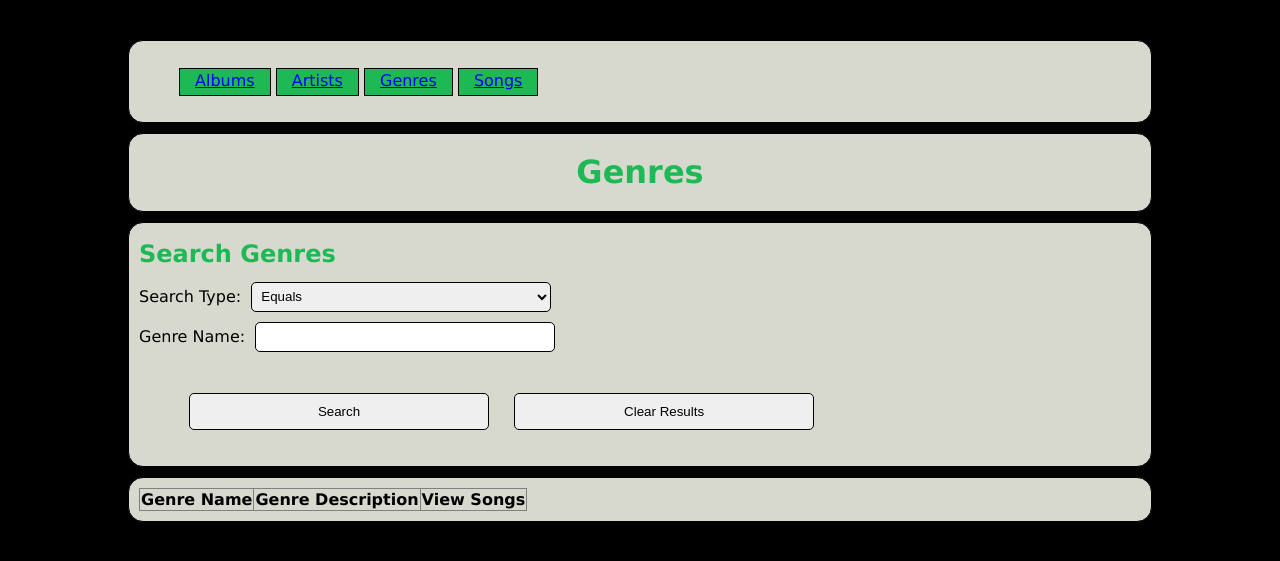
Repository: RRGTHWAR/bkg16_INFSCI1017
Page: bkg16_Music_FinalProject/WebContent/genre.html
An editor plug-in stored every save of this project. The page is shown before and after the next save, followed by the edit.
The browser window is 1280 px wide. The pictures show the whole page.

Above is the page before, as saved 2019-04-14 13:45:24.

### bkg16_Music_FinalProject/WebContent/genre.html
<html>
<head>
<meta charset="UTF-8">
<title>Music Genres</title>
<script src="js/jquery-3.3.1.min.js"></script>
<link href="css/style.css" rel="stylesheet" type="text/css" />

</head>
<body>
	<div id="navBar">
		<ul>
			<li><a href="album.html" title="Albums">Albums</a></li>
			<li><a href="artist.html" title="Artists">Artists</a></li>
			<li><a href="genre.html" title="Genres">Genres</a></li>
			<li><a href="song.html" title="Songs">Songs</a></li>
		</ul>
	</div>
	<h1 id="mainHeader" >Genres</h1>

	<div id="genreSearch" class="searchBox" >
		<h2>Search Genres</h2>
		<div>
			Search Type:
			<select name="searchType" id="searchType" class="textField">
				<option value="equals">Equals</option>
				<option value="begins">Begins</option>
				<option value="ends">Ends</option>
				<option value="contains">Contains</option>
				<option value="">All</option>
			</select>
		</div>
		<div>
			Genre Name: <input type="text" id="genreName" name="genreName" value="" class="textField" />
		</div>
		<div id="btns" >
			<ul>
				<li><input type="button" id="btnSearch" name="btnSubmit" class="actButton" value="Search" /></li>
				<li><input type="button" id="btnClear" name ="btnClear" class="actButton" value="Clear Results" /></li>
			</ul>
		</div>
	</div>


	<div id="searchResults">
		<table border="1" id="tblSearchResults">
			<tr>
			<th>Genre Name</th>
			<th>Genre Description</th>
			<th>View Songs</th>
			</tr>
		</table>
	</div>

</body>

<script>
	$(document).ready(function (){
		$("#btnClear").click(function (){
			clearResultsTable();
		});
		$("#btnSearch").click(function (){
			search();
		});

		$("#genreName").keyup(function(){
			var keyPressed = $("#genreName").val();
			if(keyPressed.length > 2) {
				search();
			} else {
				clearResultsTable();
			}

		});
	});

	function search(optSearchType) {
		var genreName = $("#genreName").val();
		var searchType = $("#searchType").val();
		// console.log("Genre: " + genreName);
		// console.log("SearchType: " + searchType);
		var url = "GenreListWS?genreName=" + genreName + "&searchType=" + searchType;
		// console.log(url);
		$.get(url, function(resp){
			parseGenreData(resp);
		})
	}

	function parseGenreData(data){
		// $("#searchResults").text(JSON.stringify(data));
		var result = "";

		for(var i=0; i < data.length; i++){
			var tr = $("<tr></tr>"); // created empty html table row

			// First data cell
			var td = $("<td></td>"); // created empty html table data
			td.html(data[i].genre_name);
			tr.append(td);

			// Second data cel l
			// Note that we don't need to redeclare this
			td = $("<td></td>");
			td.html(data[i].description)
			tr.append(td);

			// Second data cell
			// Note that we don't need to redeclare this
			td = $("<td></td>");
			var link = "<a href='song.html?genre_id=" + data[i].genre_id + "'>View Songs</a>";
			td.html(link)
			tr.append(td);

			// Append row to the table
			$("#tblSearchResults").append(tr);

			// result += 'Name: ' + data[i].genre_name + ' Description: ' + data[i].description + '<br />';
		}
	}

		// $("#searchResults").html(result);

		//Source: https://stackoverflow.com/questions/2620181/clear-table-jquery
		function clearResultsTable() {
			$("#tblSearchResults td").parent().remove();
		}

		//Source: https://memorynotfound.com/detect-enter-keypress-javascript-jquery/
		$(document).keypress(function(e) {
			var keycode = (e.keyCode ? e.keyCode : e.which);
			if (keycode == '13') {
				$("#btnSearch").click();
			}
		});
</script>
</html>

### bkg16_Music_FinalProject/WebContent/css/style.css
@charset "UTF-8";

html, body {
	background-color: black;
}

body {
	font-family: Verdana, Geneva, sans-serif;
	font-size: 100%;
	width: 80%;
	margin-right: auto;
	margin-left: auto;
	padding: 2.5% 2.5% 0;
	line-height: 1.8;
}

h1, h2, h3, h4, h5, h6, p {
	margin: 0;
	padding: 0;
}

h1, h2, h3, h4, h5, h6 {
	color: #1DB954;
}

p {
	margin-bottom: 1em;
}

#navBar {
	background-color: #D7D9CE;
	border: 1px solid #000;
	padding: 10px;
	border-radius: 15px;
}

#navBar ul li {
	background-color: #1DB954;
	margin-left: 0;
	margin-bottom: 10px;
	padding: 2px 15px 5px;
	border: 1px solid #000;
	list-style: none;
	display: inline;
}

#mainHeader {
	background-color: #D7D9CE;
	border: 1px solid #000;
	padding: 10px;
	margin-top: 10px;
	border-radius: 15px;
	text-align: center;
}

.searchBox {
	background-color: #D7D9CE;
	border: 1px solid #000;
	padding: 10px;
	margin-top: 10px;
	border-radius: 15px;
	margin-bottom: 10px;
}

.textField {
	border: 1px solid #000;
	border-radius: 5px;
	padding: 5px;
	margin: 5px;
	width: 300px;
	height: 30px;
}

#searchResults {
	background-color: #D7D9CE;
	border: 1px solid #000;
	padding: 10px;
	margin-top: 10px;
	border-radius: 15px;
	display: block;
	margin: 0 auto;
}

#btns ul li {
	padding: 10px;
	margin-top: 10px;
	border-radius: 15px;
	text-align: center;
	list-style: none;
	display: inline-block;
}

input[type=button] {
	border: 1px solid #000;
	padding: 10px;
	border-radius: 5px;
	display: inline-block;
	margin: 0 auto;
	width: 300px;
}

#tblSearchResults {
	border-collapse: collapse;
}

#tblSearchResults tr th td {
	border: 1px solid #000;
	padding: 5px;
	border-collapse: collapse;
	display: inline-block;
	margin: 0 auto;
	text-align: center;
}

Loaded but not shown: bkg16_Music_FinalProject/WebContent/js/jquery-3.3.1.min.js (library)

After the next save:
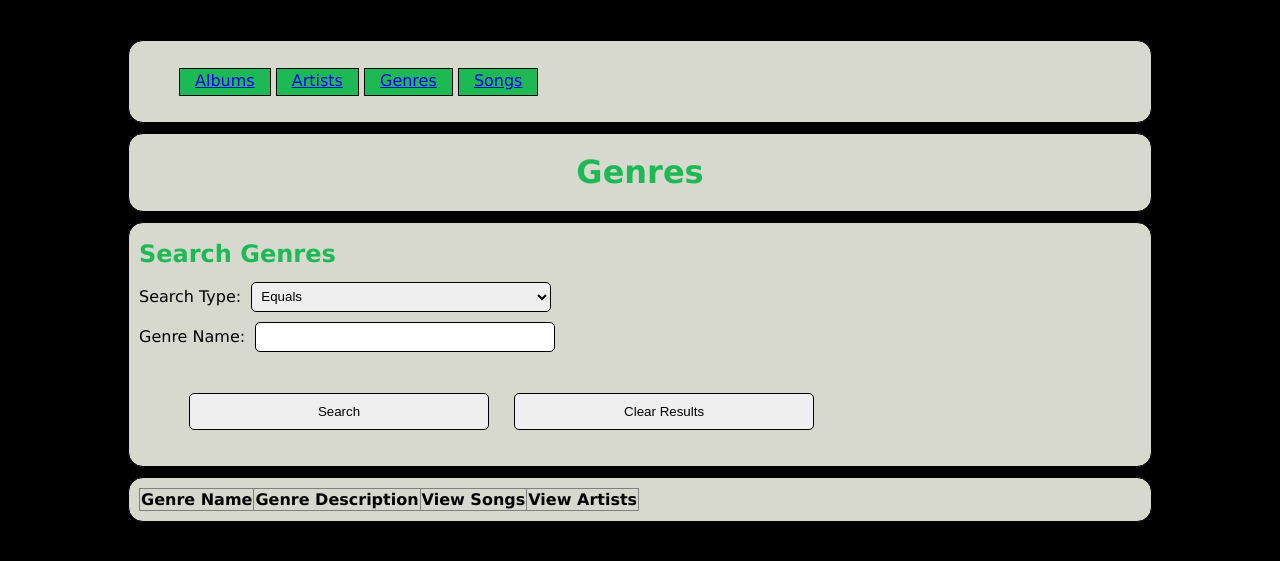
Saved 38 s later.
--- a/bkg16_Music_FinalProject/WebContent/genre.html
+++ b/bkg16_Music_FinalProject/WebContent/genre.html
@@ -47,6 +47,7 @@
 			<th>Genre Name</th>
 			<th>Genre Description</th>
 			<th>View Songs</th>
+			<th>View Artists</th>
 			</tr>
 		</table>
 	</div>

After the 5 saves that followed:
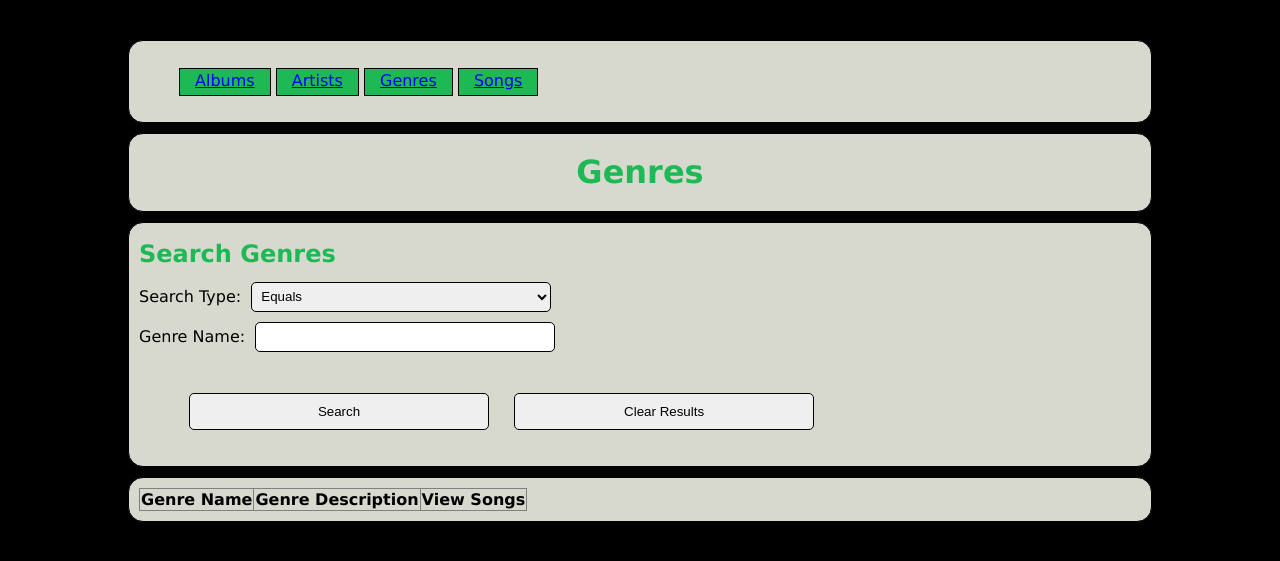
The 5 saves are shown as one change because 4 left the picture as it was.
The last was saved 54 s later.
--- a/bkg16_Music_FinalProject/WebContent/genre.html
+++ b/bkg16_Music_FinalProject/WebContent/genre.html
@@ -47,7 +47,6 @@
 			<th>Genre Name</th>
 			<th>Genre Description</th>
 			<th>View Songs</th>
-			<th>View Artists</th>
 			</tr>
 		</table>
 	</div>
@@ -98,18 +97,19 @@
 			td.html(data[i].genre_name);
 			tr.append(td);
 
-			// Second data cel l
+			// Second data cell
 			// Note that we don't need to redeclare this
 			td = $("<td></td>");
 			td.html(data[i].description)
 			tr.append(td);
 
-			// Second data cell
+			// Third data cell
 			// Note that we don't need to redeclare this
 			td = $("<td></td>");
 			var link = "<a href='song.html?genre_id=" + data[i].genre_id + "'>View Songs</a>";
 			td.html(link)
 			tr.append(td);
+
 
 			// Append row to the table
 			$("#tblSearchResults").append(tr);
